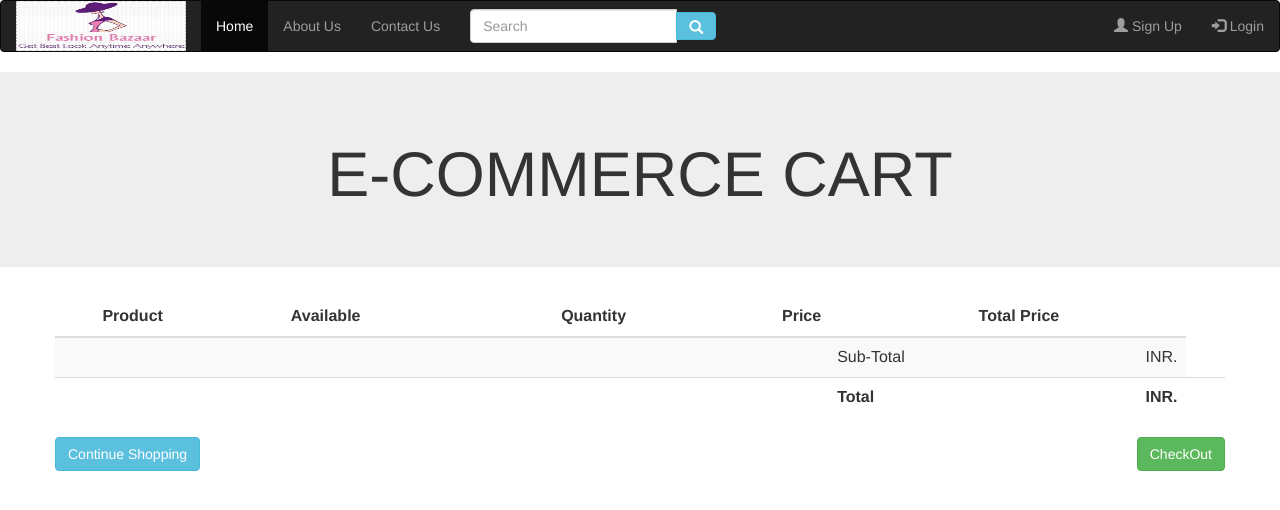
Repository: SmithaMendonca/Project-1
Page: http://localhost/FashionBazarFrontend/WEB-INF/views/Cart.jsp
These files come from the project's save history. The page is drawn as it stood at one moment and after the next save; the edit follows.
The browser window is 1280 px wide. The pictures show the whole page.
The page is served by Tomcat 9. Nobody is signed in. Other server files are loaded and not shown. The template is opened directly, without the code that normally fills it, so the values that code supplies are empty.

Above is the page before, as saved 2019-06-08 03:57:59.

### FashionBazarFrontend/src/main/webapp/WEB-INF/views/Cart.jsp
<%@include file="Header.jsp"%>
 <section class="jumbotron text-center">
    <div class="container">
        <h1 class="jumbotron-heading">E-COMMERCE CART</h1>
     </div>
</section>

<div class="container mb-4">
    <div class="row">
        <div class="col-12">
            <div class="table-responsive">
                <table class="table table-striped">
                    <thead>
                        <tr>
                            <th scope="col"> </th>
                            <th scope="col">Product</th>
                            <th scope="col">Available</th>
                            <th scope="col" class="text-center">Quantity</th>
                            <th scope="col" class="text-right">Price</th>
                            <th scope="col" class="text-right">Total Price</th>
                            <th> </th>
                        </tr>
                    </thead>
                    <tbody>
                          <c:forEach items="${cartItems}" var="cartItem">
                            <form action="<c:url value="/updateCartItem/${cartItem.cartItemId}"/>" method="get">
                              <tr>
                            <td><img src="<c:url value="/resources/images/${cartItem.productId}.jpg"/>" width="30" height="30"/> </td>
                            <td>${cartItem.productName}</td>
                            <td>In stock</td>
                            <td><input class="form-control" type="text" name="quantity" value="${cartItem.quantity}"/></td>
                            <td class="text-right">${cartItem.price}</td>
                             <td class="text-right">${cartItem.price * cartItem.quantity}</td>
                            <td class="text-right">
                              <input type="submit" value="Update" class="btn btn-primary" />
                                <a href="<c:url value="/deleteCartItem/${cartItem.cartItemId}"/>" class="btn btn-danger">DELETE</a>
                            </td>
                              </tr>
                            </form>
                        </c:forEach>
                        <tr>
                            <td></td>
                            <td></td>
                            <td></td>
                            <td></td>
                            <td></td>
                            <td>Sub-Total</td>
                            <td class="text-right">INR.${grandTotal}</td>
                        </tr>
                        <tr>
                            <td></td>
                            <td></td>
                            <td></td>
                            <td></td>
                            <td></td>
                            <td><strong>Total</strong></td>
                            <td class="text-right"><strong>INR.${grandTotal}</strong></td>
                            <td></td>
                        </tr>
                    </tbody>
                </table>
            </div>
        </div>
        <div class="col mb-2">
            <div class="row">
                <div class="col-sm-6  col-md-6 col-sm-6">
                     <a href="<c:url value="/productPage"/>" class="btn btn-info">Continue Shopping</a>
                </div>
                <div class="col-sm-6  col-md-6 col-sm-6  text-right">
                     <a href="<c:url value="/checkout"/>" class="btn btn-success">CheckOut</a>
                </div>
            </div>
        </div>
    </div>
</div>



</body>
</html>

### FashionBazarFrontend/src/main/webapp/WEB-INF/views/Header.jsp
<%@ page language="java" contentType="text/html"%>
<%@ taglib uri="http://java.sun.com/jsp/jstl/core" prefix="c"%>
<%@taglib prefix="form" uri="http://www.springframework.org/tags/form"%>
<html>
<head>
<title>Welcome to Fashion Bazar</title>
 <meta charset="utf-8">
 <meta name="viewport" content="width=device-width, initial-scale=1">
 <link rel="stylesheet" href="https://maxcdn.bootstrapcdn.com/bootstrap/3.4.0/css/bootstrap.min.css">
  <script src="https://ajax.googleapis.com/ajax/libs/jquery/3.4.0/jquery.min.js"></script>
  <script src="https://maxcdn.bootstrapcdn.com/bootstrap/3.4.0/js/bootstrap.min.js"></script>
</head>
<style type="text/css">

.navbar-brand{
	padding:0px 15px;
     font-size: 40px;
}
</style>
<body>
	  <nav class="navbar navbar-inverse">
      <div class="container-fluid">
        <div class="navbar-header">
	        <img class="navbar-brand" src="<c:url value="/resources/images/fashion-bazaar-logo.jpg"/>" width="200px" height="100px" alt="logo" >
        </div>
        <ul class="nav navbar-nav">
         <c:if test="${!sessionScope.loggedIn }">
	      <li class="active"><a href="AdminHome.jsp">Home</a></li>
          <li><a href="<c:url value="/aboutus"/>">About Us</a></li>
          <li><a href="<c:url value="/contactus"/>">Contact Us</a></li>
          <form class="navbar-form navbar-left">
  				<div class="input-group">
    			  <input type="text" class="form-control" placeholder="Search">
   				 	<div class="input-group-btn">
      				<button class="btn btn-info" type="submit">
        				<span class="glyphicon glyphicon-search"></span>
      				</button>
    				</div>
  				</div>
			</form>
         </c:if>

         <c:if test="${sessionScope.loggedIn }">
               <c:if test="${sessionScope.role=='ROLE_ADMIN' }">
	      <li><a href="<c:url value="/category"/>">Category Management</a></li>
          <li><a href="<c:url value="/product"/>">Product Management</a></li>
               </c:if>
         </c:if>

          <c:if test="${sessionScope.loggedIn }">
              <c:if test="${sessionScope.role=='ROLE_USER' }">
           <li><a href="<c:url value="/productPage"/>">Products</a></li>
           <li><a href="<c:url value="/showCart"/>"><span class="glyphicon glyphicon-shopping-cart"></span>Cart</a></li>
              </c:if>
          </c:if>
       </ul>

       <ul class="nav navbar-nav navbar-right">
         <c:if test="${!sessionScope.loggedIn }">
	     	<li><a href="<c:url value="/register"/>"><span class="glyphicon glyphicon-user"></span> Sign Up</a></li>
        	 <li><a href="<c:url value="/login"/>"><span class="glyphicon glyphicon-log-in"></span> Login</a></li>
         </c:if>

         <c:if test="${sessionScope.loggedIn }">
            <li><a href="#"><span class="glyphicon glyphicon-user"></span>Hi ${sessionScope.username}</a></li>
            <li><a href="<c:url value="/perform_logout"/>"><span class="glyphicon glyphicon-log-out"></span> Logout</a></li>
         </c:if>
       </ul>
     </div>
    </nav>
</body>
</html>

After the next save:
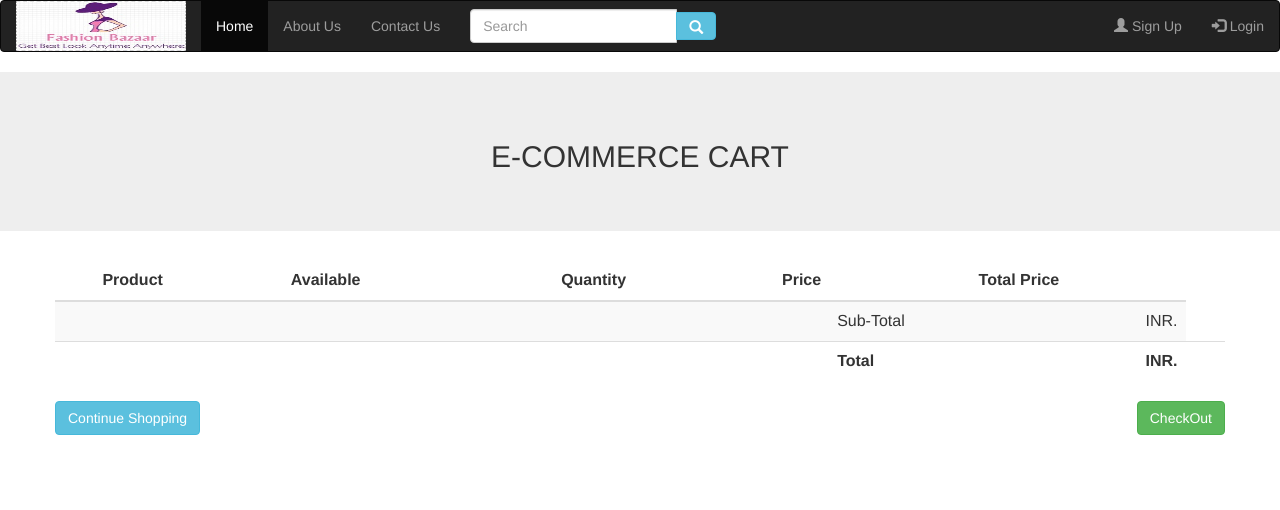
Saved 12 s later.
--- a/FashionBazarFrontend/src/main/webapp/WEB-INF/views/Cart.jsp
+++ b/FashionBazarFrontend/src/main/webapp/WEB-INF/views/Cart.jsp
@@ -1,7 +1,7 @@
 <%@include file="Header.jsp"%>
  <section class="jumbotron text-center">
     <div class="container">
-        <h1 class="jumbotron-heading">E-COMMERCE CART</h1>
+        <h2 class="jumbotron-heading">E-COMMERCE CART</h2>
      </div>
 </section>
 

After the save that followed:
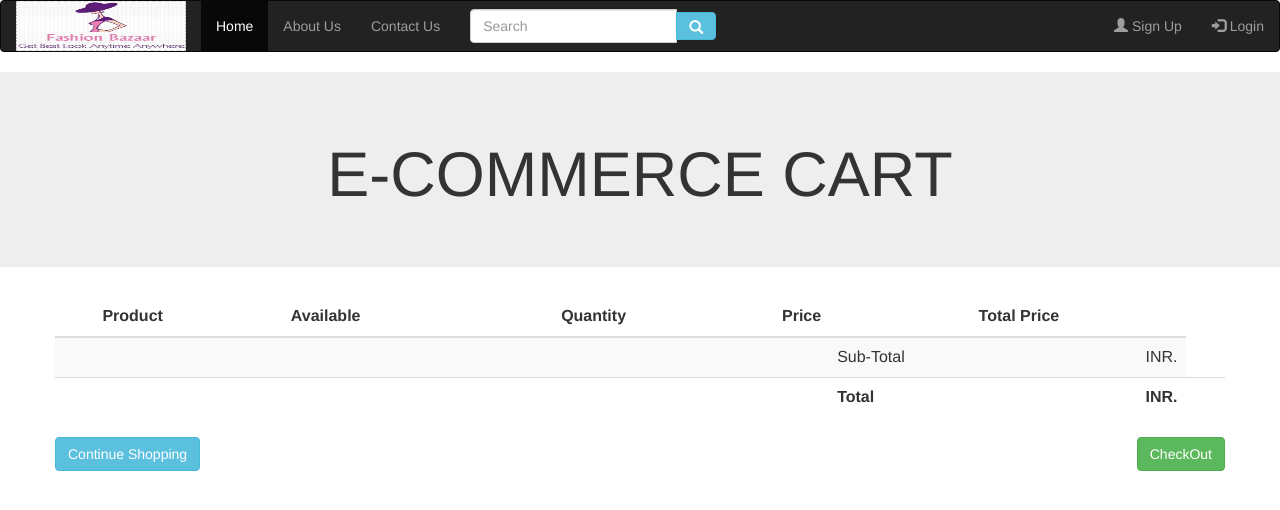
Saved 31 s later.
--- a/FashionBazarFrontend/src/main/webapp/WEB-INF/views/Cart.jsp
+++ b/FashionBazarFrontend/src/main/webapp/WEB-INF/views/Cart.jsp
@@ -1,7 +1,7 @@
 <%@include file="Header.jsp"%>
  <section class="jumbotron text-center">
     <div class="container">
-        <h2 class="jumbotron-heading">E-COMMERCE CART</h2>
+        <h1>E-COMMERCE CART</h1>
      </div>
 </section>
 
